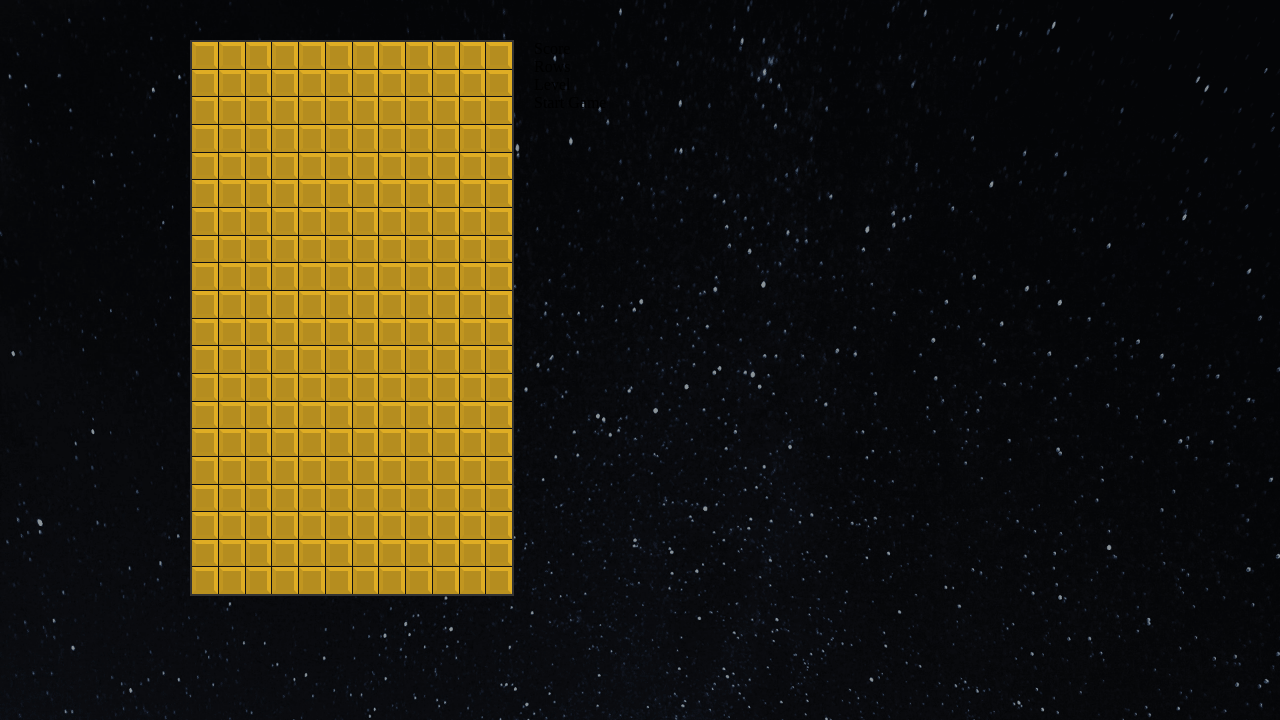
Repository: dpeshevski/reack-hooks-tetris
Page: /
These files come from the project's save history. The page is drawn as it stood at one moment and after the next save; the edit follows.
The browser window is 1280 px wide. The pictures show the whole page.
The project was rebuilt for these pictures with package versions that can differ from the ones it lists, and the page was loaded fresh each time.

Above is the page before, as saved 2020-11-21 22:47:06.

After the next save:
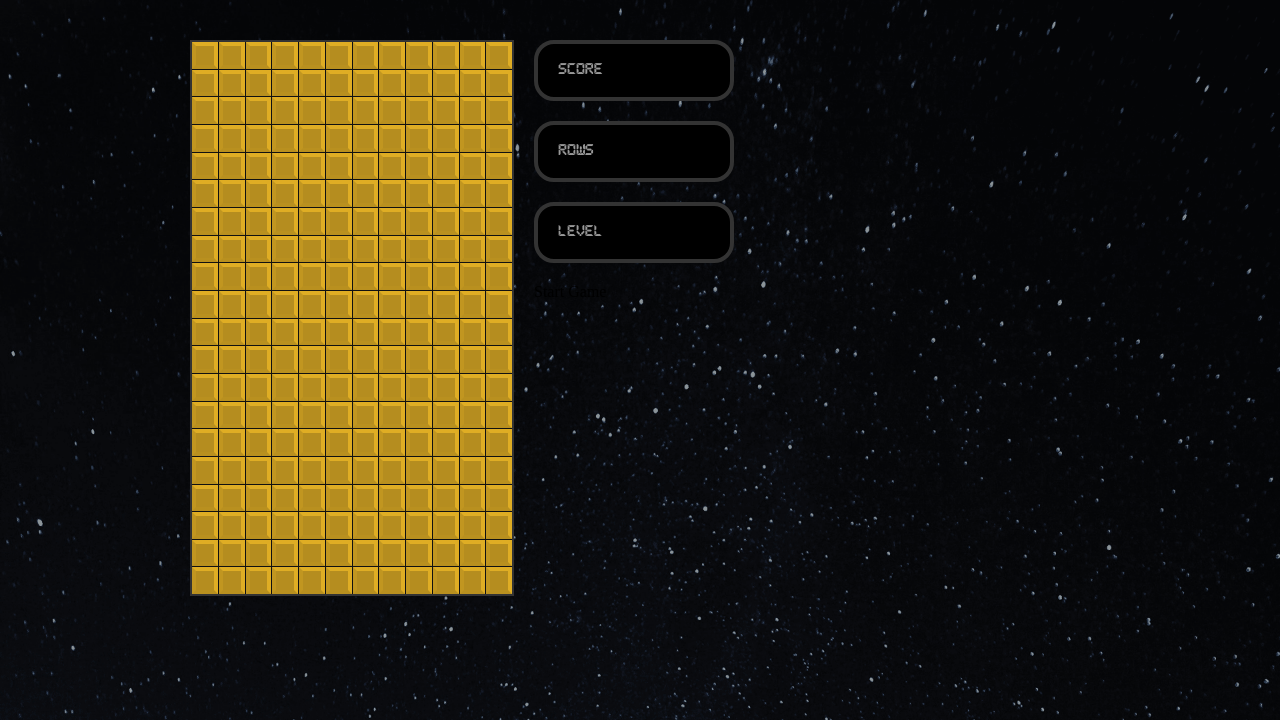
Saved 52 s later.
--- a/src/components/Display.js
+++ b/src/components/Display.js
@@ -1,7 +1,9 @@
 import React from 'react';
+import { StyledDisplay } from './styles/StyledDisplay';
+
 
 const Display = ({ gameOver, text }) => (
-  <div>{text}</div>
+  <StyledDisplay gameOver={gameOver}>{text}</StyledDisplay>
 );
 
 export default Display;
